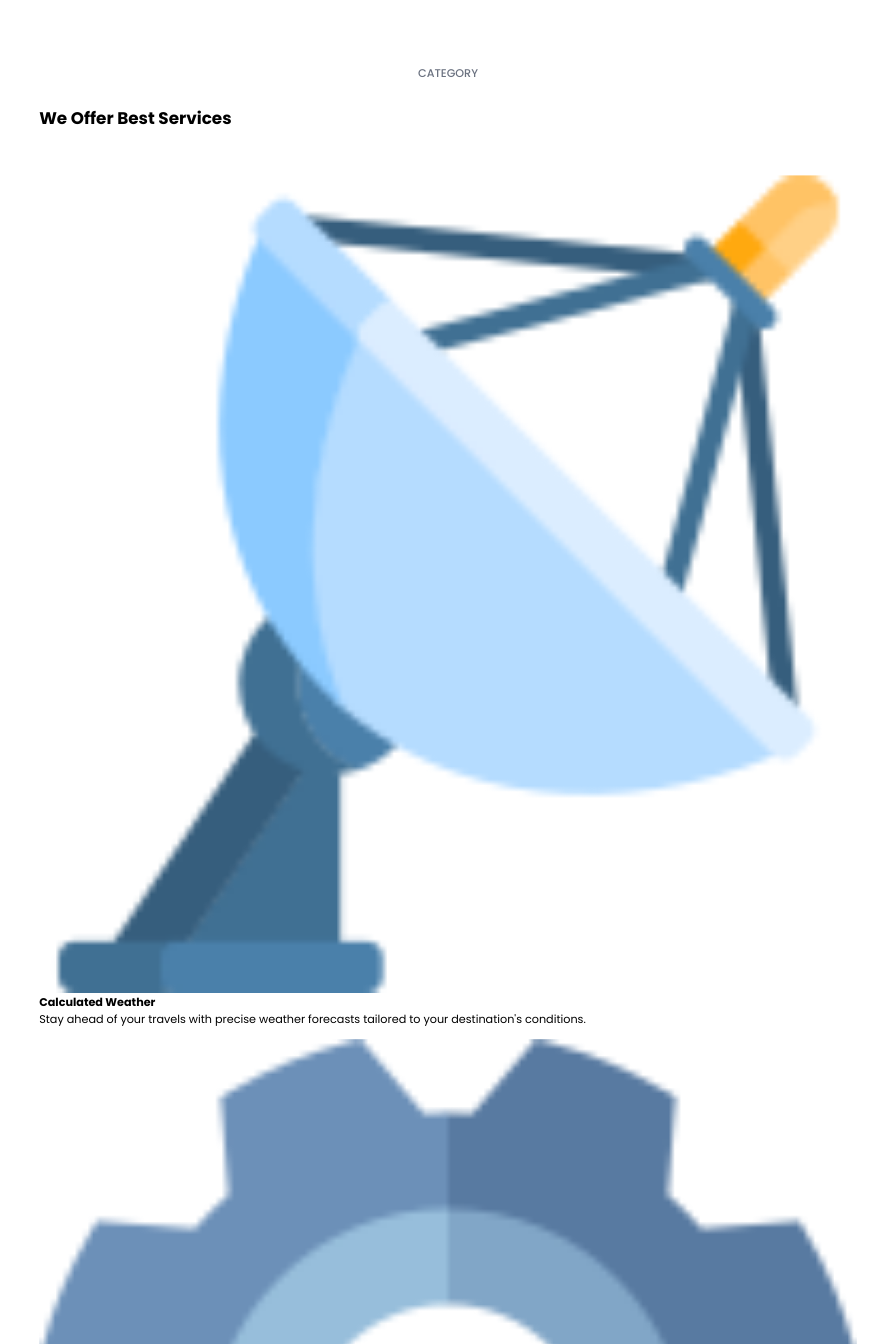
Repository: ntandomagana/travel-website
Page: index.html
An editor plug-in stored every save of this project. The page is shown before and after the next save, followed by the edit.
The browser window is 1280 px wide. The pictures show the part of the page from y = 1242 to 3162 px (the page is 11359 px tall before and 11423 px after), at 70% of full size.

Above is the page before, as saved 2024-05-07 13:18:53.

After the next save:
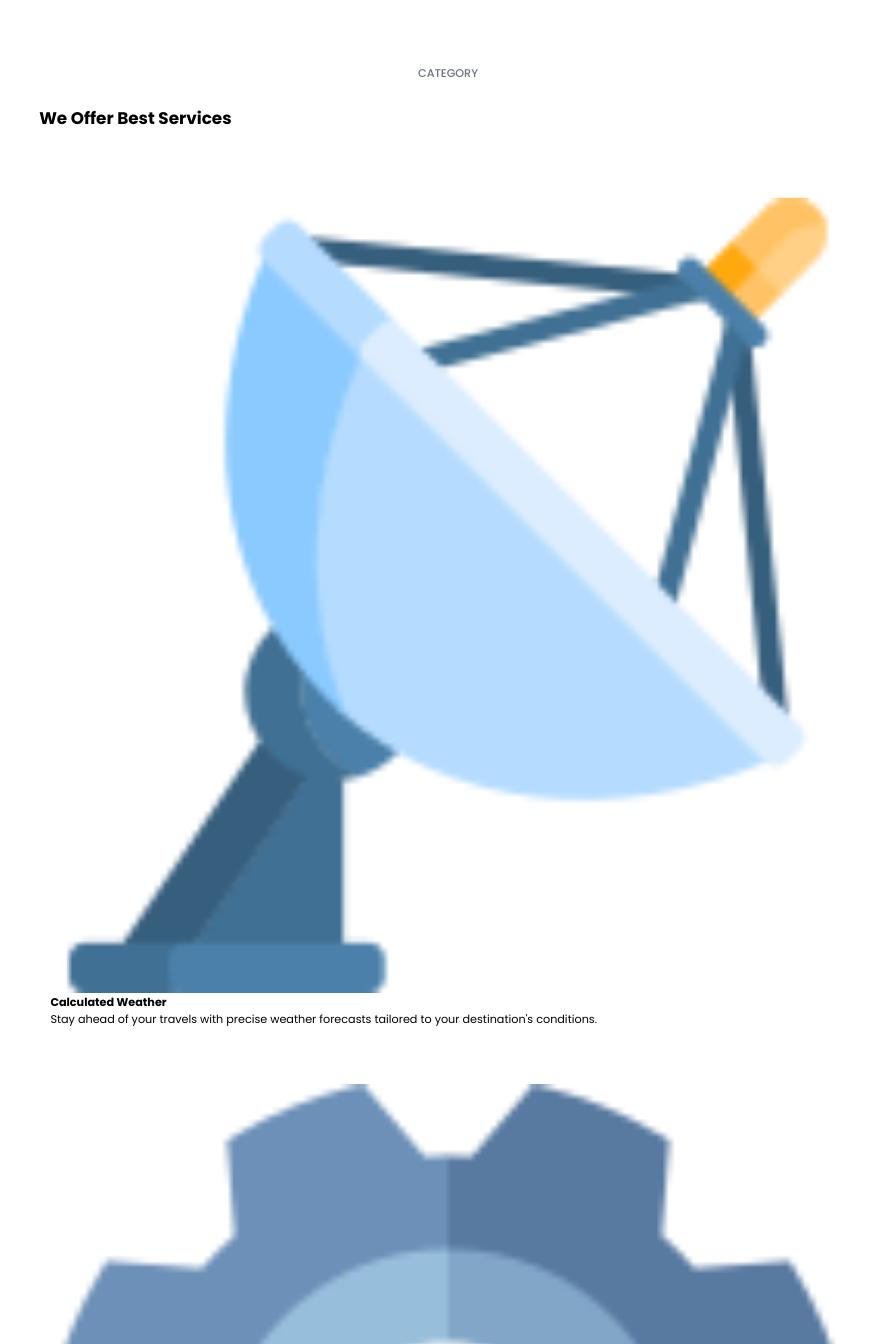
Saved 4 s later.
--- a/style.css
+++ b/style.css
@@ -207,5 +207,5 @@ ul {
 }
 
 .service-card {
-    padding: ;
-}
+    padding: 2rem 1rem;
+}
